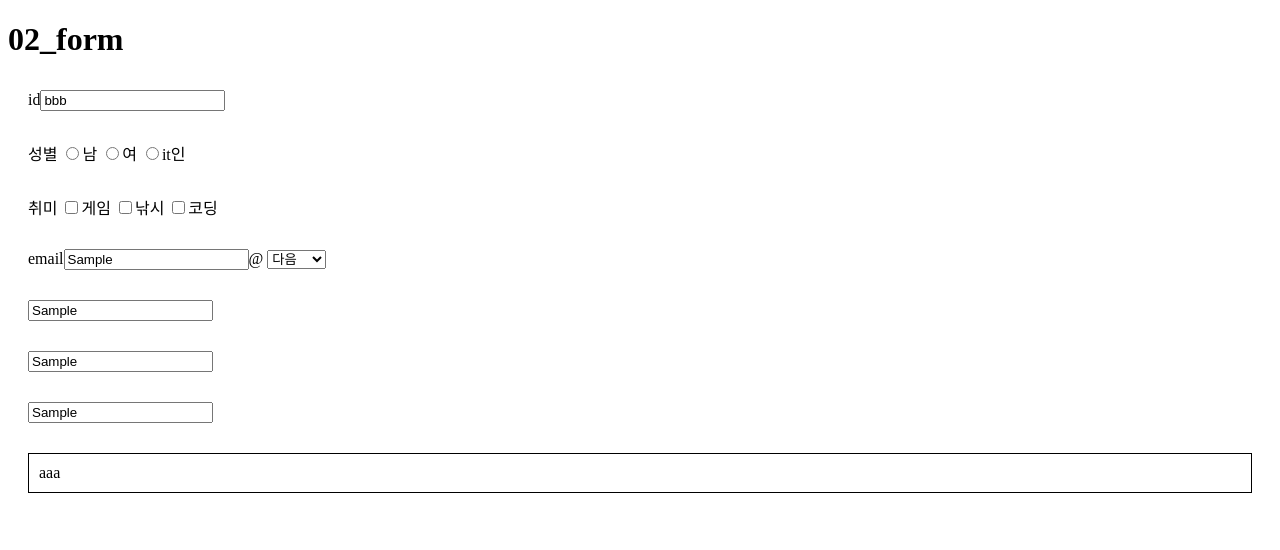
Repository: psun2/Korea-IT-Academy
Page: (back up) _ 오전/study_a/web_work/scriptProj/WebContent/dom/02_form.html
The author's editor kept a copy of each file at every save. The page is drawn from the files as they stood at one save, then again after the next save.
The browser window is 1280 px wide. The pictures show the whole page.
Empty fields were first filled with sample values (such as "Sample", 5 or name@example.com).
After loading, the first visible `select` was changed once.

Above is the page before, as saved 2020-08-05 04:16:17.

After the next save:
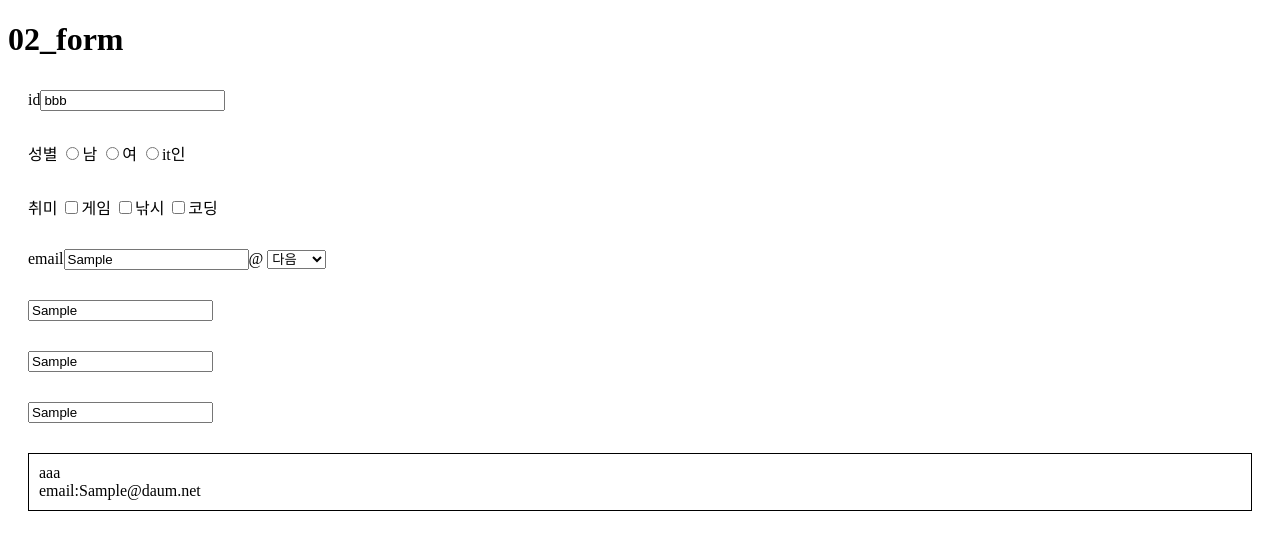
Saved 37 s later.
--- a/(back up) _ 오전/study_a/web_work/scriptProj/WebContent/dom/02_form.html
+++ b/(back up) _ 오전/study_a/web_work/scriptProj/WebContent/dom/02_form.html
@@ -56,7 +56,8 @@ function hoClk(){
 
 function emailGo(){
 
-
+	var email = frm.email1.value+"@"+frm.email2.value
+	log("email:"+email)
 }
 
 window.onload = function(){
